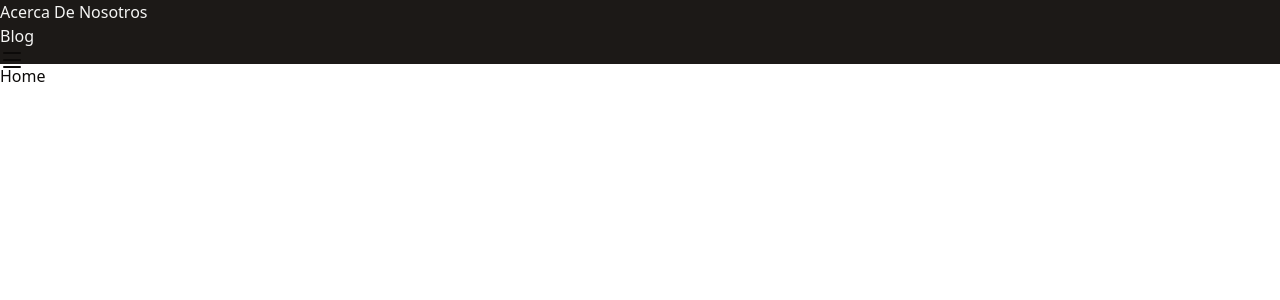
Repository: jefrydep/new-horizont-school
Page: /
The author's editor kept a copy of each file at every save. The page is drawn from the files as they stood at one save, then again after the next save.
The browser window is 1280 px wide. The pictures show the whole page.
The project was rebuilt for these pictures with package versions that can differ from the ones it lists, and the page was loaded fresh each time. The framework's server and built-in components were replaced by stand-ins that run in the browser. Also part of the build but not shown: next.config.ts.

Above is the page before, as saved 2024-11-07 16:11:02.

### src/app/layout.tsx
import type { Metadata } from "next";
import localFont from "next/font/local";
import "./globals.css";
import Navbar from "@/components/Navbar";

const geistSans = localFont({
  src: "./fonts/GeistVF.woff",
  variable: "--font-geist-sans",
  weight: "100 900",
});
const geistMono = localFont({
  src: "./fonts/GeistMonoVF.woff",
  variable: "--font-geist-mono",
  weight: "100 900",
});

export const metadata: Metadata = {
  title: "Create Next App",
  description: "Generated by create next app",
};

export default function RootLayout({
  children,
}: Readonly<{
  children: React.ReactNode;
}>) {
  return (
    <html lang="en">
      <body
        className={`${geistSans.variable} ${geistMono.variable} antialiased`}
      >
        <Navbar/>
        {children}
      </body>
    </html>
  );
}

### src/app/(new-horizont-school)/layout.tsx
// import type { Metadata } from "next";
// import localFont from "next/font/local";

import Navbar from "@/components/Navbar";

// const geistSans = localFont({
//   src: "./fonts/GeistVF.woff",
//   variable: "--font-geist-sans",
//   weight: "100 900",
// });
// const geistMono = localFont({
//   src: "./fonts/GeistMonoVF.woff",
//   variable: "--font-geist-mono",
//   weight: "100 900",
// });

// export const metadata: Metadata = {
//   title: "Create Next App",
//   description: "Generated by create next app",
// };

export default function SchoolLayout({
  children,
}: Readonly<{
  children: React.ReactNode;
}>) {
  return (
    <html lang="en">
      <body
      // className={`${geistSans.variable} ${geistMono.variable} antialiased`}
      >
        {children}
      </body>
    </html>
  );
}

### src/app/globals.css
@tailwind base;
@tailwind components;
@tailwind utilities;

/* :root {
  --background: #ffffff;
  --foreground: #171717;
}

@media (prefers-color-scheme: dark) {
  :root {
    --background: #0a0a0a;
    --foreground: #ededed;
  }
}

body {
  color: var(--foreground);
  background: var(--background);
  font-family: Arial, Helvetica, sans-serif;
} */
@layer base {
  :root {
    --background: 0 0% 100%;
    --foreground: 20 14.3% 4.1%;
    --card: 0 0% 100%;
    --card-foreground: 20 14.3% 4.1%;
    --popover: 0 0% 100%;
    --popover-foreground: 20 14.3% 4.1%;
    --primary: 24 9.8% 10%;
    --primary-foreground: 60 9.1% 97.8%;
    --secondary: 60 4.8% 95.9%;
    --secondary-foreground: 24 9.8% 10%;
    --muted: 60 4.8% 95.9%;
    --muted-foreground: 25 5.3% 44.7%;
    --accent: 60 4.8% 95.9%;
    --accent-foreground: 24 9.8% 10%;
    --destructive: 0 84.2% 60.2%;
    --destructive-foreground: 60 9.1% 97.8%;
    --border: 20 5.9% 90%;
    --input: 20 5.9% 90%;
    --ring: 20 14.3% 4.1%;
    --chart-1: 12 76% 61%;
    --chart-2: 173 58% 39%;
    --chart-3: 197 37% 24%;
    --chart-4: 43 74% 66%;
    --chart-5: 27 87% 67%;
    --radius: 0.5rem
  }
  .dark {
    --background: 20 14.3% 4.1%;
    --foreground: 60 9.1% 97.8%;
    --card: 20 14.3% 4.1%;
    --card-foreground: 60 9.1% 97.8%;
    --popover: 20 14.3% 4.1%;
    --popover-foreground: 60 9.1% 97.8%;
    --primary: 60 9.1% 97.8%;
    --primary-foreground: 24 9.8% 10%;
    --secondary: 12 6.5% 15.1%;
    --secondary-foreground: 60 9.1% 97.8%;
    --muted: 12 6.5% 15.1%;
    --muted-foreground: 24 5.4% 63.9%;
    --accent: 12 6.5% 15.1%;
    --accent-foreground: 60 9.1% 97.8%;
    --destructive: 0 62.8% 30.6%;
    --destructive-foreground: 60 9.1% 97.8%;
    --border: 12 6.5% 15.1%;
    --input: 12 6.5% 15.1%;
    --ring: 24 5.7% 82.9%;
    --chart-1: 220 70% 50%;
    --chart-2: 160 60% 45%;
    --chart-3: 30 80% 55%;
    --chart-4: 280 65% 60%;
    --chart-5: 340 75% 55%
  }
}
@layer base {
  * {
    @apply border-border;
  }
  body {
    @apply bg-background text-foreground;
  }
}

### src/components/Navbar.tsx
import { Menu } from "lucide-react";
import Link from "next/link";

export default function Navbar() {
  return (
    <header className="bg-primary h-16">
      <div>
        <nav className="outline-none list-none">
          <li className="text-secondary">
            <Link href={"/about"}>Acerca De Nosotros</Link>
          </li>
          <li className="text-secondary">
            <Link href={"/blog"}>Blog</Link>
          </li>
        </nav>
        <div>
          <Menu />
        </div>
        {/* <li className="text-secondary">
            <Link href={"/about"}>About</Link>
          </li> */}
      </div>
    </header>
  );
}

Loaded but not shown: src/app/(new-horizont-school)/page.tsx (common file); tailwind.config.ts (common file)

After the next save:
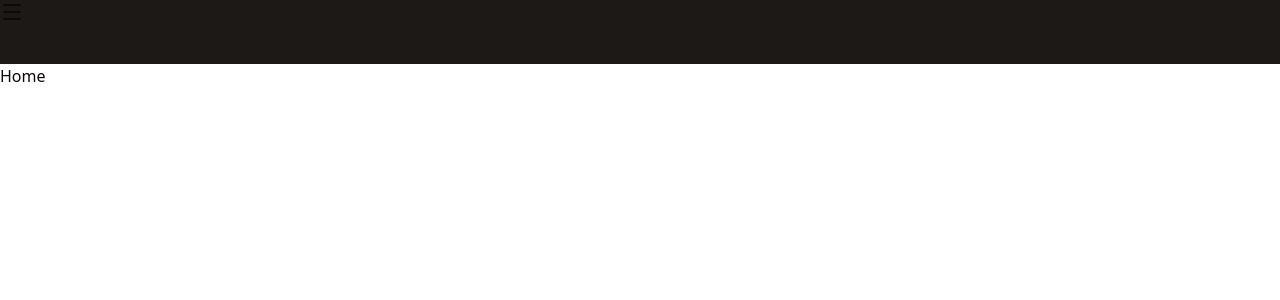
Saved 8 s later.
--- a/src/components/Navbar.tsx
+++ b/src/components/Navbar.tsx
@@ -5,7 +5,7 @@ export default function Navbar() {
   return (
     <header className="bg-primary h-16">
       <div>
-        <nav className="outline-none list-none">
+        <nav className="outline-none hidden list-none">
           <li className="text-secondary">
             <Link href={"/about"}>Acerca De Nosotros</Link>
           </li>
